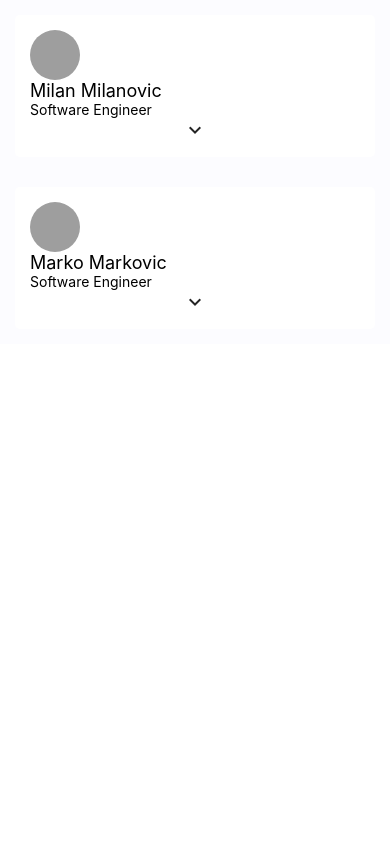
Repository: likanbl/intern-feature
Screen: /
An editor plug-in stored every save of this project. The screen is shown before and after the next save, followed by the edit.
Pictures or frames that could not be fetched are drawn as grey boxes. The app was drawn by React Native's web renderer in a window 390 px wide. The project was rebuilt for these pictures with package versions that can differ from the ones it lists, and the page was loaded fresh each time.

Above is the screen before, as saved 2019-09-16 14:35:05.

### App.js
import React, {Component} from 'react';

import InternScreen from './src/components/intern-feature/InternScreen';

export default class App extends Component {
  render() {
    return <InternScreen></InternScreen>;
  }
}

### src/components/intern-feature/InternScreen.js
import React, {Component} from 'react';
import {View, FlatList, Text, StyleSheet} from 'react-native';
import Data from './InternData';
import {InternItems} from './InternItems';

export default class InterScreen extends Component {
  renderItem = ({item}) => <InternItems item={item} />;

  render() {
    return (
      <View>
        <FlatList
          data={Data}
          renderItem={this.renderItem}
          keyExtractor={Data.id}
        />
      </View>
    );
  }
}

### src/components/intern-feature/InternData.js
export default [
  {
    Name: 'Milan Milanovic',
    role: 'Software Engineer',
    additionalInfo:
      'Lorem ipsum dolor sit amet, consectetur adipiscing elit, sed do eiusmod tempor incididunt ut labore et dolore magna aliqua.',
  },

  {
    Name: 'Marko Markovic',
    role: 'Software Engineer',
    additionalInfo:
      'Lorem ipsum dolor sit amet, consectetur adipiscing elit, sed do eiusmod tempor incididunt ut labore et dolore magna aliqua.',
  },
];

### src/components/intern-feature/InternItems.js
import React, {Component, useState} from 'react';
import {View, Text, Image, TouchableWithoutFeedback} from 'react-native';
import PropTypes from 'prop-types';
import {images} from '../../assets/images';
import {Avatar, Icon} from 'react-native-elements';
import styles from './styles';

const propTypes = {
  item: PropTypes.object,
};

export function InternItems(props) {
  const [isOpen, setIsOpen] = useState(false);

  return (
    <View style={styles.card}>
      <View style={styles.cardContainer}>
        <TouchableWithoutFeedback
          onPress={() => {
            setIsOpen(!isOpen);
          }}>
          <View style={styles.titleContainer}>
            <View>
              <Avatar
                size="medium"
                rounded
                source={{
                  uri:
                    'https://s3.amazonaws.com/uifaces/faces/twitter/ladylexy/128.jpg',
                }}
              />
            </View>
            <View style={styles.nameRole}>
              <Text style={styles.title}>{props.item.Name}</Text>
              <Text style={styles.role}>{props.item.role}</Text>
              <Text style={styles.role}>{props.item.skills}</Text>
            </View>
            <Icon name={isOpen ? 'keyboard-arrow-up' : 'keyboard-arrow-down'} />
          </View>
        </TouchableWithoutFeedback>
        {isOpen && (
          <View style={styles.titleContainer}>
            <Text style={styles.description}>{props.item.additionalInfo}</Text>
          </View>
        )}
      </View>
    </View>
  );
}

InternItems.propTypes = propTypes;

### src/assets/images.js
export const images = {
  expand: require('../../resources/expand.png'),
  close: require('../../resources/close.png'),
};

### src/components/intern-feature/styles.js
import {StyleSheet} from 'react-native';

export default StyleSheet.create({
  card: {
    flex: 1,
    padding: 15,
    backgroundColor: '#FCFCFF',
  },
  cardContainer: {
    flexDirection: 'row',
    justifyContent: 'space-around',
    alignItems: 'center',
  },
  cardContainer: {
    flex: 1,
    flexDirection: 'column',
    elevation: 1,
    borderRadius: 5,
    backfaceVisibility: 'hidden',
    backgroundColor: 'white',

    padding: 15,
  },
  avatarView: {
    flex: 1,
    alignItems: 'flex-start',
    justifyContent: 'center',
  },
  titleView: {
    flex: 2,
    alignItems: 'flex-start',
    justifyContent: 'center',
    marginLeft: 20,
  },

  title: {
    flex: 1,
    fontSize: 18,
  },
  role: {
    flex: 1,
    fontSize: 14,
  },
  description: {
    flex: 1,
    fontSize: 22,
    color: 'gray',
    paddingTop: 10,
  },
  image: {
    width: 20,
    height: 20,
  },
});

After the next save:
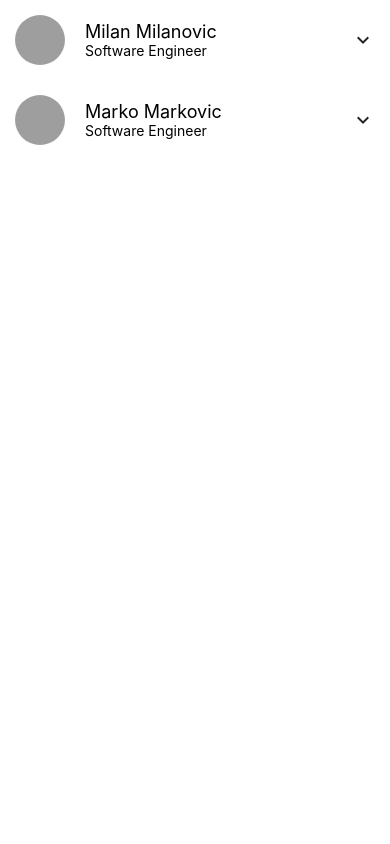
Saved 26 s later.
--- a/src/components/intern-feature/styles.js
+++ b/src/components/intern-feature/styles.js
@@ -1,15 +1,10 @@
 import {StyleSheet} from 'react-native';
 
 export default StyleSheet.create({
-  card: {
+  cardView: {
     flex: 1,
     padding: 15,
     backgroundColor: '#FCFCFF',
-  },
-  cardContainer: {
-    flexDirection: 'row',
-    justifyContent: 'space-around',
-    alignItems: 'center',
   },
   cardContainer: {
     flex: 1,
@@ -21,18 +16,23 @@ export default StyleSheet.create({
 
     padding: 15,
   },
-  avatarView: {
+  avatarContainer: {
     flex: 1,
     alignItems: 'flex-start',
     justifyContent: 'center',
   },
-  titleView: {
+  nameRole: {
     flex: 2,
     alignItems: 'flex-start',
     justifyContent: 'center',
     marginLeft: 20,
   },
 
+  titleContainer: {
+    flexDirection: 'row',
+    justifyContent: 'space-around',
+    alignItems: 'center',
+  },
   title: {
     flex: 1,
     fontSize: 18,
